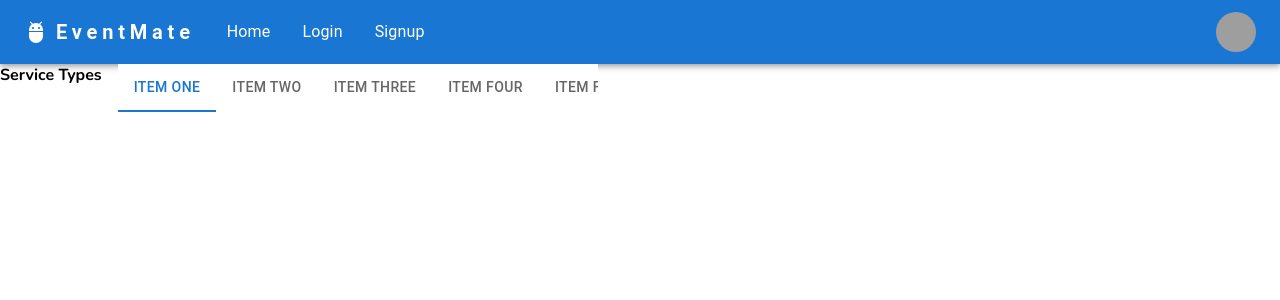
Repository: Farida-Yeasmin-Mim/EventMate_Frontend
Page: /filterpage
These files come from the project's save history. The page is drawn as it stood at one moment and after the next save; the edit follows.
The browser window is 1280 px wide. The pictures show the whole page.
Pictures or frames that could not be fetched are drawn as grey boxes. The page's requests for data from a server got no answer. The project was rebuilt for these pictures with package versions that can differ from the ones it lists, and the page was loaded fresh each time. No one was signed in, and anything a server would have sent is missing. Also part of the build but not shown: src/components/PostRequest.js, src/pages/auth/Login.js, src/components/seletionTextField/selectGender.js, src/pages/auth/Signup.js, src/components/vendor/RegVendor.js, src/components/offer.js, src/components/productcategories.js, src/components/icontabs.js and 15 more.

Above is the page before, as saved 2022-08-16 17:44:16.

After the next save:
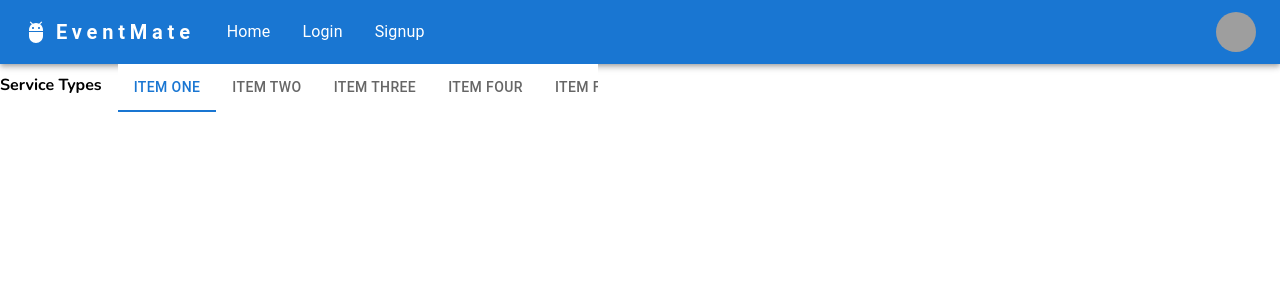
Saved 102 s later.
--- a/src/components/event/filter/FilterPage.js
+++ b/src/components/event/filter/FilterPage.js
@@ -45,7 +45,7 @@ export default function ScrollableTabsButtonAuto() {
     return (
         <Grid container spacing={2}>
             <Grid item>
-                <h4 style={{ color: "#000", textAlign: "center", padding: "auto 0" }}>Service Types</h4>
+                <h4 style={{ color: "#000", textAlign: "center", padding: "10px 0" }}>Service Types</h4>
 
             </Grid>
             <Grid item>
